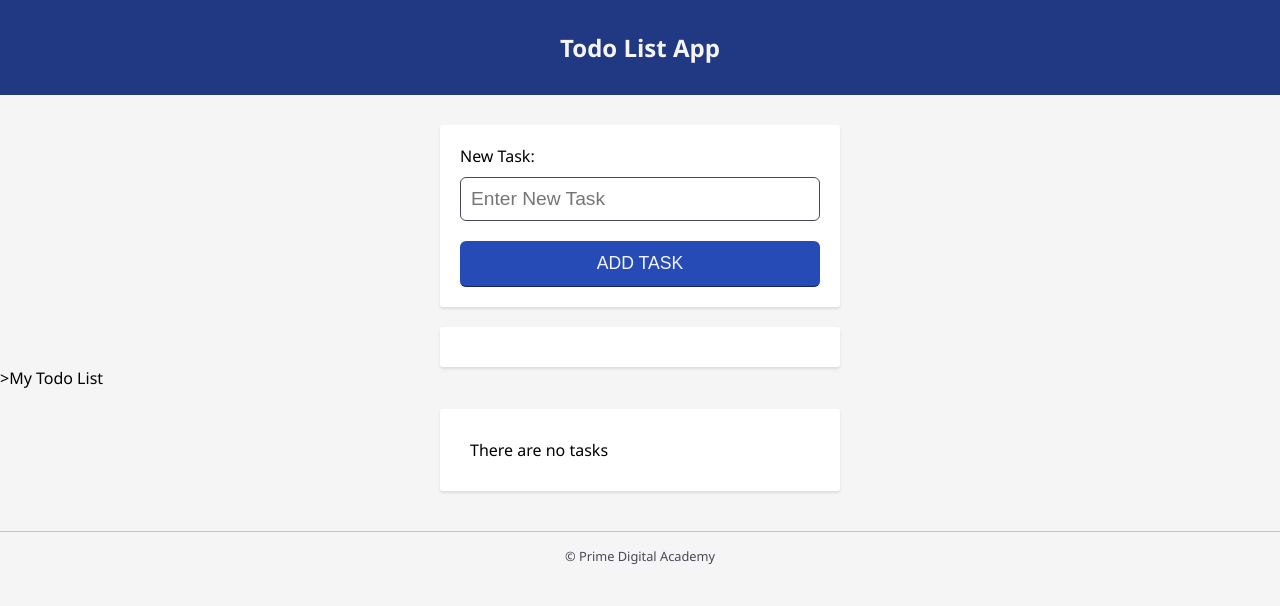
Repository: ryanmgregory/ursus-todo-list
Page: index.html
These files come from the project's save history. The page is drawn as it stood at one moment and after the next save; the edit follows.
The browser window is 1280 px wide. The pictures show the whole page.

Above is the page before, as saved 2020-03-20 08:04:08.

After the next save:
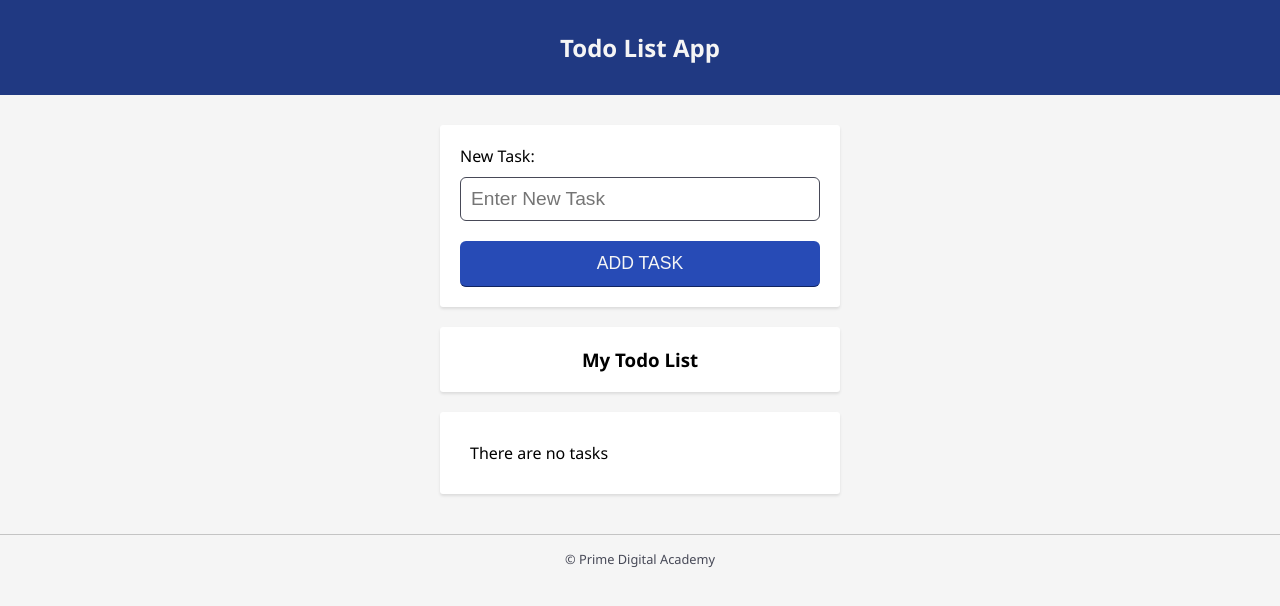
Saved 31 s later.
--- a/index.html
+++ b/index.html
@@ -29,7 +29,7 @@
     </div>
 
     <!-- h3 "My To Do List"  -->
-    <h3 class="panel"></h3>>My Todo List</h3>
+    <h3 class="panel">My Todo List</h3>
     <!-- <UL> <OL single item: "There are no tasks in it"/>  -->
     <div class="panel">
       <ul class="js-unordered-list stackedList">
